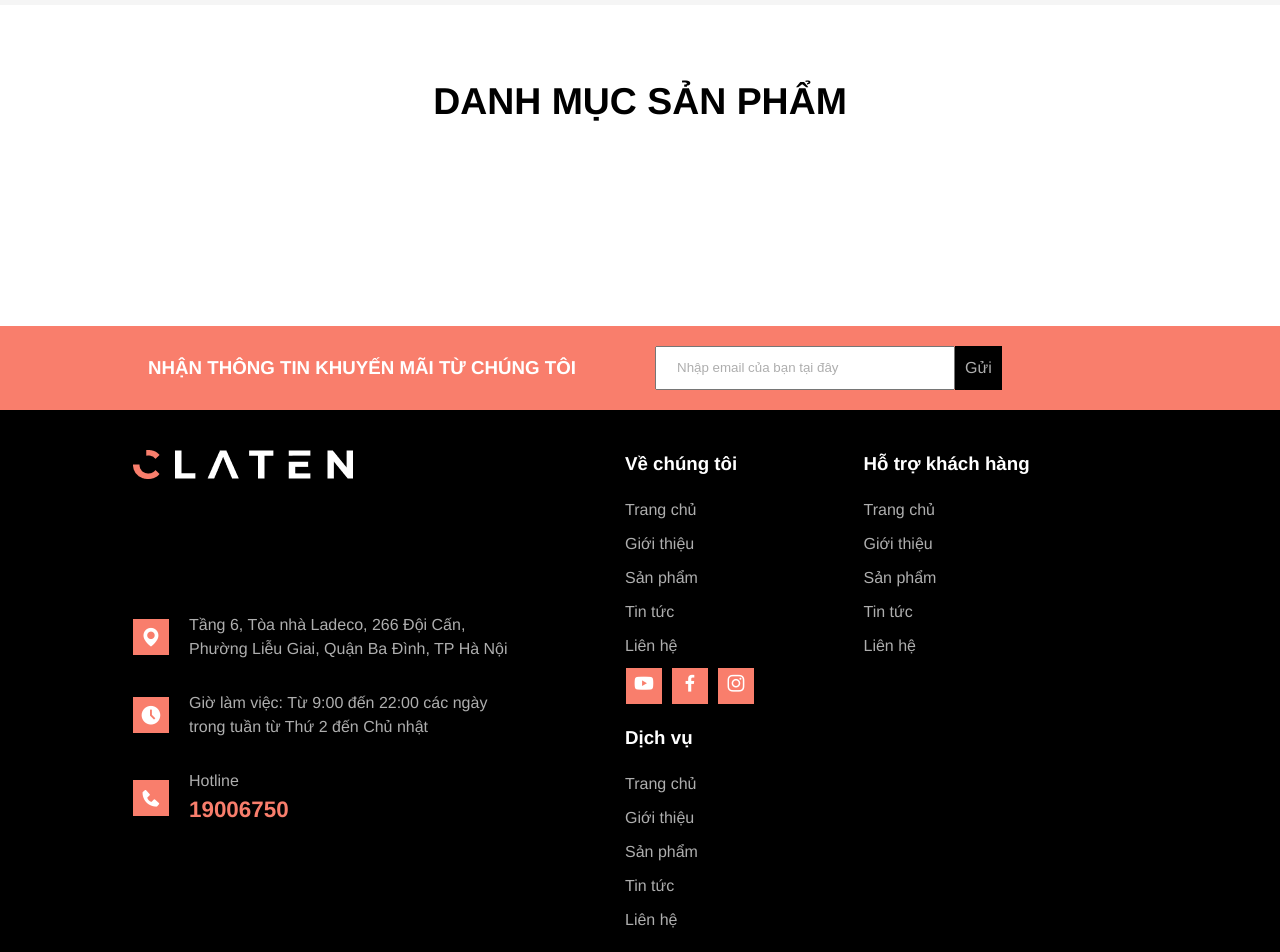
Repository: RennoPMXK/doan
Page: index.html
These files come from the project's save history. The page is drawn as it stood at one moment and after the next save; the edit follows.
The browser window is 1280 px wide. The pictures show the part of the page from y = 890 to 1842 px (the page is 1842 px tall before and 1839 px after).

Above is the page before, as saved 2021-11-16 20:29:40.

After the next save:
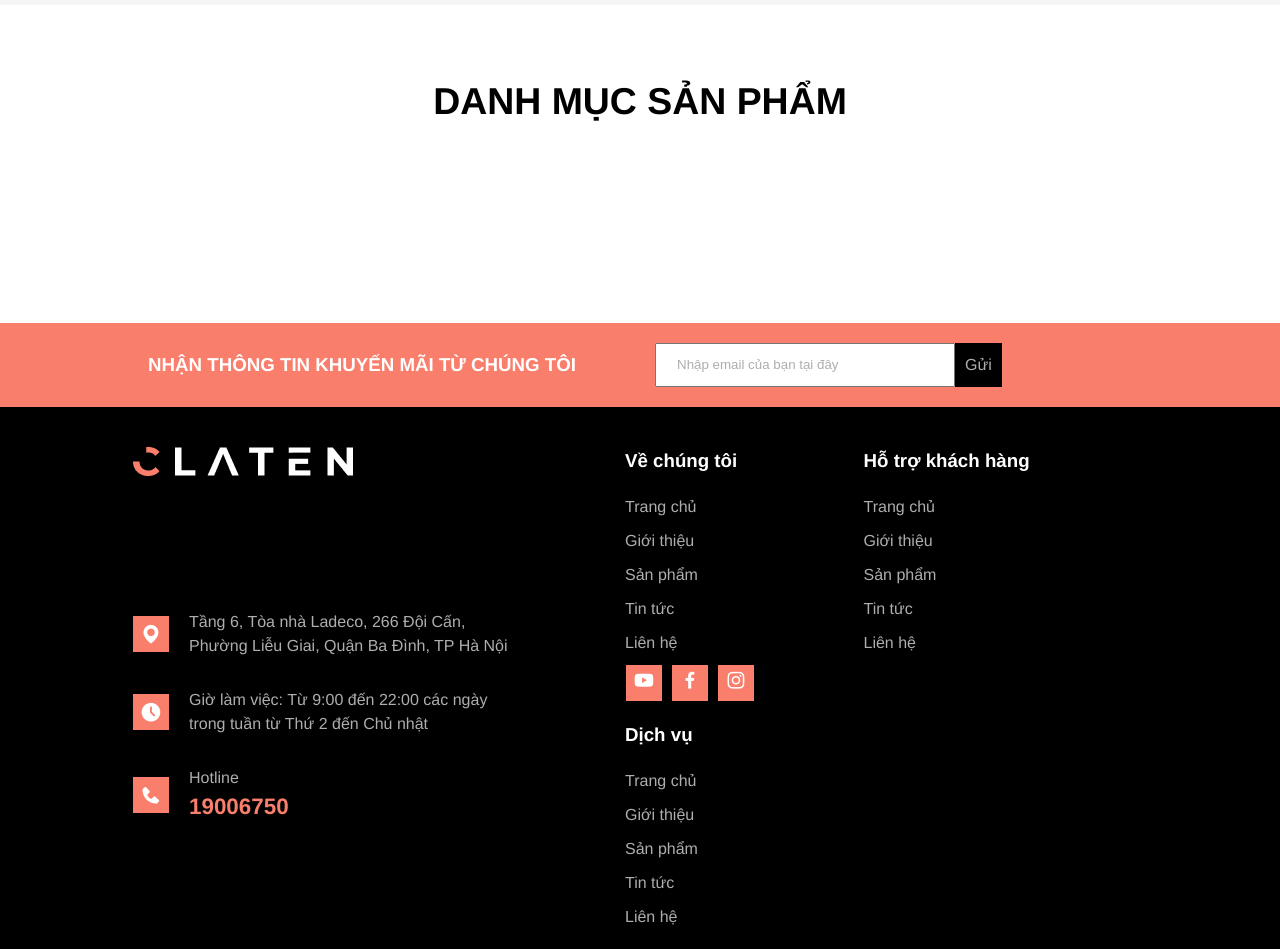
Saved 45 s later.
--- a/style.css
+++ b/style.css
@@ -384,10 +384,7 @@ section {
 }
 
 .title-line{
-    text-align: center;
-    width: 3px;
-    height: 3px;
-    color: red;
+   background-color: black;
 }
 
 
